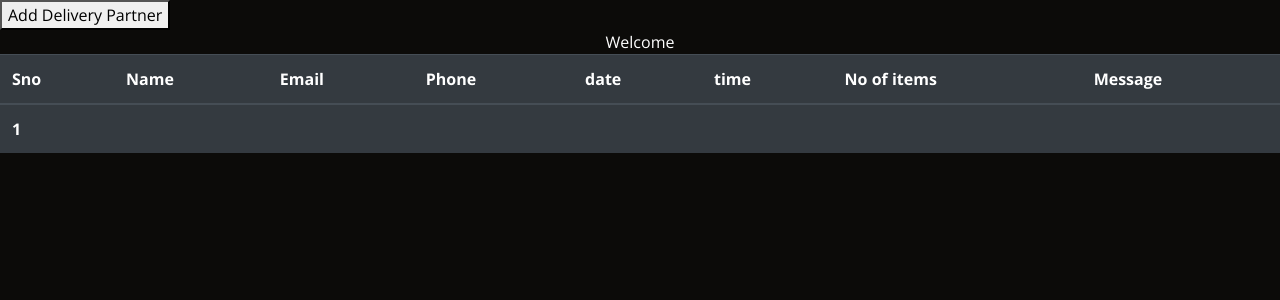
Repository: Amalraveendran/Amal
Page: http://localhost/cakehub/admin-.jsp
The author's editor kept a copy of each file at every save. The page is drawn from the files as they stood at one save, then again after the next save.
The browser window is 1280 px wide. The pictures show the whole page.
Some web fonts or font styles are not loaded; a fallback is used. The page is served by Tomcat 9. The session is filled in as if someone had signed in: {"username": "testuser"}. The template is opened directly, without the code that normally fills it, so the values that code supplies are empty.

Above is the page before, as saved 2021-01-30 05:58:03.

After the next save:
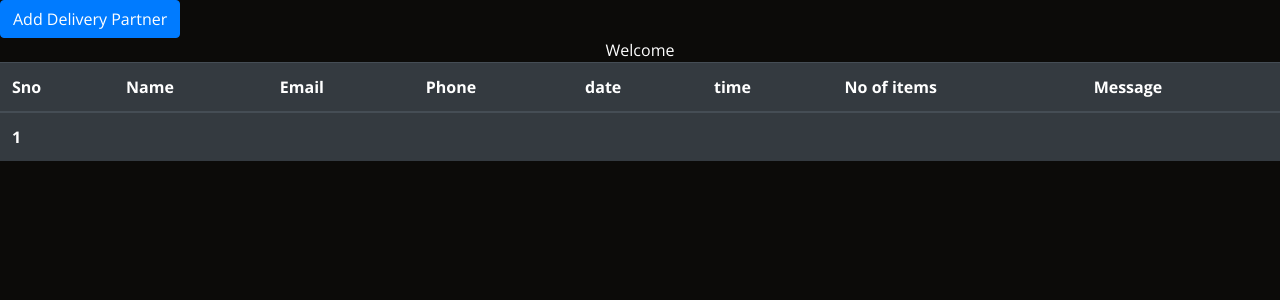
Saved 10 min 8 s later.
--- a/Eclipse Workspace/cakehub/WebContent/admin-.jsp
+++ b/Eclipse Workspace/cakehub/WebContent/admin-.jsp
@@ -40,7 +40,7 @@ if(session.getAttribute("username")==null)
 
 %>
 <nav>
-<button class="primary">Add Delivery Partner</button>
+<button class="btn btn-primary">Add Delivery Partner</button>
 </nav>
 <center>
 Welcome
